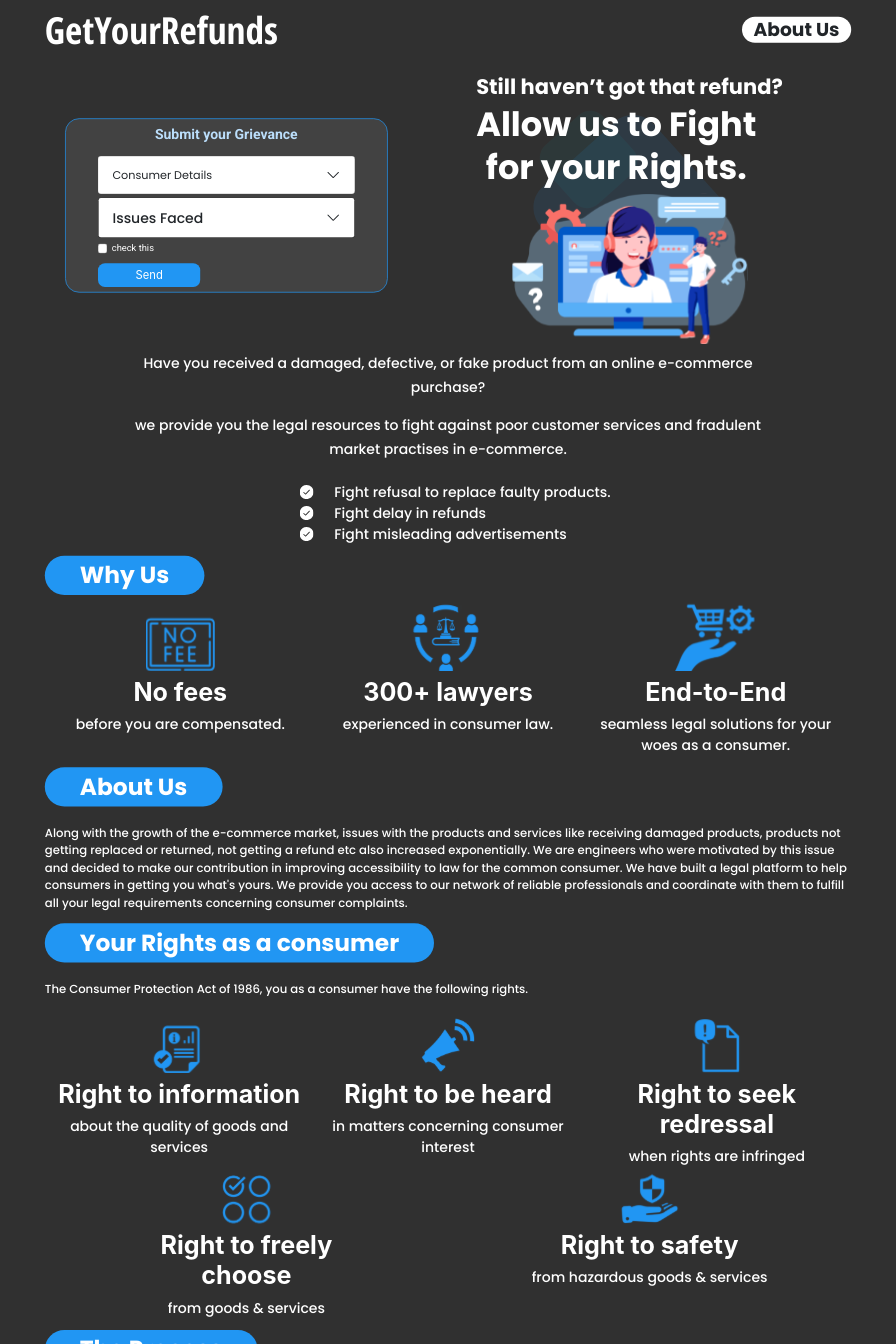
Repository: Eren00Yeager/initial-survey
Page: /consumer-complaints
The author's editor kept a copy of each file at every save. The page is drawn from the files as they stood at one save, then again after the next save.
The browser window is 1280 px wide. The pictures show the part of the page from y = 0 to 1920 px (the page is 2604 px tall), at 70% of full size.
Some web fonts or font styles are not loaded; a fallback is used. The project was rebuilt for these pictures with package versions that can differ from the ones it lists, and the page was loaded fresh each time. The framework's server and built-in components were replaced by stand-ins that run in the browser. Also part of the build but not shown: next.config.js.

Above is the page before, as saved 2022-07-14 15:04:15.

### pages/consumer-complaints.jsx
import Head from "next/head";
import Image from "next/image";
import consumerStyles from "../styles/consumer.module.css";
import svg from "../pic/mark.svg";
import im from "../pic/i2.svg";
import i1 from "../pic/nofee.svg";
import i2 from "../pic/law.svg";
import i3 from "../pic/end2.svg";
import j1 from "../pic/info.svg";
import j2 from "../pic/heard.svg";
import j3 from "../pic/seek.svg";
import j4 from "../pic/free.svg";
import j5 from "../pic/safe.svg";
import a from "../pic/carrow.svg";
import f from "../pic/foot.svg";
import z1 from "../pic/in.svg";
import z2 from "../pic/tweet.svg";
import z3 from "../pic/mail.svg";
import { Col, Row, Form, Button, Accordion } from 'react-bootstrap';
import { useState, useEffect } from "react";


export default function consumer() {

    const [name, setName] = useState('');
    const [mobile, setMobile] = useState('');
    const [email, setEmail] = useState('');
    const [problem, setProblem] = useState('');
    const [error, seterror] = useState('');
    const [st, setst] = useState(false);
    const emailValidation = () => {
        const regex = /^(([^<>()[\]\.,;:\s@\"]+(\.[^<>()[\]\.,;:\s@\"]+)*)|(\".+\"))@(([^<>()[\]\.,;:\s@\"]+\.)+[^<>()[\]\.,;:\s@\"]{2,})$/i;
        if (!email || regex.test(email) === false) {

            seterror("Email is not valid");

            return false;
        }
        return true;
    }
    const submitHandler = async (e) => {
        e.preventDefault();

        console.log([name, mobile, email, problem])
        if (emailValidation()) {
            try {
                const response = await fetch("/api/consumersheet", {
                    method: "POST",
                    body: JSON.stringify({ name, mobile, email, problem }),
                    headers: {
                        'Content-Type': 'application/json',
                    },
                })
                if (await response.status == 201) {
                    setst(true)
                } else {
                    throw response.json()
                }


            } catch (e) {
                console.log(e)
                alert("There was an error in submitting\nPlease try again")
                setName('');
                setMobile('');
                setEmail('');
                setProblem('');
                setst(false);
            }
        }
    }

    const [windowSize, setWindowSize] = useState({
        width: "",
        height: "",
    });

    useEffect(() => {
        // only execute all the code below in client side
        if (typeof window !== 'undefined') {
            // Handler to call on window resize
            function handleResize() {
                // Set window width/height to state
                setWindowSize({
                    width: window.innerWidth,
                    height: window.innerHeight,
                });
            }

            // Add event listener
            window.addEventListener("resize", handleResize);

            // Call handler right away so state gets updated with initial window size
            handleResize();

            // Remove event listener on cleanup
            return () => window.removeEventListener("resize", handleResize);
        }
    }, []); // Empty array ensures that effect is only run on mount
    function handleScroll() {
        window.scroll({
            top: document.body.offsetHeight,
            left: 0,
            behavior: 'smooth',
        });
    }

    const thnk = (
        <div className={consumerStyles.tnk}>
            <div className={consumerStyles.thank}>Thank you for
                signing up with us.
                We will soon
                reach out to you.</div>
        </div>
    )
    const frm = (
        <Form className={consumerStyles.frm} onSubmit={submitHandler}>
            <div className={consumerStyles.grev}>
                Submit your Grievance
            </div>
            <div className={consumerStyles.details}>
                <Accordion>
                    <Accordion.Item eventKey="0" >
                        <Accordion.Header className={consumerStyles.id}>Consumer Details</Accordion.Header>
                        <Accordion.Body className={consumerStyles.cbd}>
                            <Form.Group className={consumerStyles.det}>
                                {/* <Form.Label className={consumerStyles.nam}>Name</Form.Label> */}
                                <Form.Control className={consumerStyles.plc} type="text" placeholder="Name of consumer" />
                            </Form.Group>

                            <Form.Group className={consumerStyles.det} >
                                {/* <Form.Label className={consumerStyles.nam}>Mobile No.</Form.Label> */}
                                <Form.Control className={consumerStyles.plc} type="Mobile No." pattern="[0-9]{10}" placeholder="Mobile No." onChange={(e) => setMobile(e.target.value)} />
                            </Form.Group>

                            <Form.Group className={consumerStyles.det} >
                                {/* <Form.Label className={consumerStyles.nam}>Email Id.</Form.Label> */}
                                <Form.Control className={consumerStyles.plc} type="text" placeholder="Email Id." onChange={(e) => setMobile(e.target.value)} />
                            </Form.Group>

                            <Form.Group className={consumerStyles.det}>
                                {/* <Form.Label className={consumerStyles.nam}>Address of Consumer</Form.Label> */}
                                <Form.Control className={consumerStyles.plc} placeholder="Address of Consumer" />
                            </Form.Group>
                        </Accordion.Body>
                    </Accordion.Item>
                </Accordion>
                <Accordion >
                    <Accordion.Item eventKey="0" style={{background:"#424242"}}>
                        <Accordion.Header><div className={consumerStyles.id}>Issues Faced</div></Accordion.Header>
                        <Accordion.Body className={consumerStyles.cbd}>
                        <Form.Group className={consumerStyles.det}>
                    <Form.Label className={consumerStyles.nam}>Problem Faced</Form.Label>
                    <Form.Select className={consumerStyles.pot}>
                        <option >Received defective product</option>
                        <option >Received an empty box</option>
                        <option >Late delivery</option>
                        <option >Not satisfied with the service</option>
                    </Form.Select>
                </Form.Group>
                <Form.Group className={consumerStyles.det}>
                    <Form.Label className={consumerStyles.nam}>Demand from the company</Form.Label>
                    <Form.Select className={consumerStyles.pot} >
                        <option>Refund of my money</option>
                        <option>Replacement of the product</option>

                    </Form.Select>
                </Form.Group>
                        </Accordion.Body>
                    </Accordion.Item>
                </Accordion>


                <Form.Group className={consumerStyles.terms} >
                    <Form.Check type="checkbox" label="check this" />

                </Form.Group>
                <Button variant="primary" className={consumerStyles.sub} >
                 Send
                </Button>
            </div>

        </Form>
    )
    return (
        <div className={consumerStyles.s}>
            <Head>
                <title>Consumer Complaints</title>
                <meta name="description" content="" />
                <link rel="icon" href="/favicon.ico" />
                <link href='https://fonts.googleapis.com/css?family=Open Sans Condensed:700' rel='stylesheet'></link>
            </Head>

            <div className={consumerStyles.container}>

                <div className={consumerStyles.head}>
                    <div className={consumerStyles.hd}>
                        GetYourRefunds
                    </div>

                    <div>
                        <a href="#about-us" className={consumerStyles.btn} onClick={handleScroll}>About Us</a>
                    </div>
                </div>
                <div className={consumerStyles.main}>

                    {st ? thnk : frm}
                    <div className={consumerStyles.tct}>
                        <div className={consumerStyles.py} style={windowSize.width > 900 ? { position: "relative", width: "32.552vw" } : { position: "relative", width: "250px" }} >
                            <Image src={im} layout="responsive" />
                        </div>
                        <div className={consumerStyles.t1}>
                            <div className={consumerStyles.title}>
                                <div className={consumerStyles.title2}>
                                    Still haven’t got that refund?
                                </div>

                                <div className={consumerStyles.title1}>
                                    Allow us to Fight <br></br>for your Rights.
                                </div>
                            </div>
                        </div>

                    </div>

                </div>

                <div className={consumerStyles.fo}>

                    <div className={consumerStyles.mid}>
                        Have you received a damaged, defective, or fake product from an online e-commerce purchase?
                    </div>
                    <div className={consumerStyles.mid}>
                        we provide you the legal resources to fight against
                        poor customer services and fradulent market practises in
                        e-commerce.
                    </div>
                    <div className={consumerStyles.points}>
                        <div>
                            <div className={consumerStyles.p}>
                                <div className={consumerStyles.i}>
                                    <Image src={svg} />
                                </div>
                                <div className={consumerStyles.t}>
                                    Fight refusal to replace faulty products.
                                </div>
                            </div>
                            <div className={consumerStyles.p}>
                                <div className={consumerStyles.i}>
                                    <Image src={svg} />
                                </div>
                                <div className={consumerStyles.t}><div>Fight delay in refunds</div></div>
                            </div>
                            <div className={consumerStyles.p}>
                                <div className={consumerStyles.i}>
                                    <Image src={svg} />
                                </div>
                                <div className={consumerStyles.t}>
                                    Fight misleading advertisements
                                </div>
                            </div>
                        </div>
                    </div>

                </div>
                <div className={consumerStyles.sect}>
                    <div className={consumerStyles.sech}>Why Us</div>
                    <div className={consumerStyles.fwrap}>
                        <div className={consumerStyles.box}>
                            <div className={consumerStyles.bsvg} ><div style={windowSize.width > 900 ? { width: "7.747vw", position: "relative" } : { width: "30vw", position: "relative" }}><Image src={i1} layout="responsive"></Image></div></div>
                            <div className={consumerStyles.des}>
                                <span className={consumerStyles.des1}> No fees </span>
                                <span className={consumerStyles.des2}>before you are compensated.</span>
                            </div>
                        </div>
                        <div className={consumerStyles.box}>
                            <div className={consumerStyles.bsvg}> <div style={windowSize.width > 900 ? { width: "12.240vw", position: "relative" } : { width: "50vw", position: "relative" }}><Image src={i2} layout="responsive"></Image></div></div>
                            <div className={consumerStyles.des}>
                                <span className={consumerStyles.des1}>300+ lawyers </span>
                                <span className={consumerStyles.des2}>experienced in consumer law. </span>
                            </div>
                        </div>
                        <div className={consumerStyles.box}>
                            <div className={consumerStyles.bsvg}><div style={windowSize.width > 900 ? { width: "13.477vw", position: "relative" } : { width: "50vw", position: "relative" }}><Image src={i3} layout="responsive"></Image></div></div>
                            <div className={consumerStyles.des}>
                                <span className={consumerStyles.des1}>End-to-End</span>
                                <span className={consumerStyles.des2}>seamless legal solutions for your woes  as a consumer.</span>
                            </div>
                        </div>
                    </div>
                </div>
                <div className={consumerStyles.sect} id="about-us">
                    <div className={consumerStyles.sech}>About Us</div>
                    <div className={consumerStyles.abt}>Along with the growth of the e-commerce market, issues with the products and services like receiving damaged products, products not getting replaced or returned, not getting a refund etc also increased exponentially.  We are engineers who were motivated by this issue and decided to make our contribution in improving accessibility to law for the common consumer. We have built a legal platform to help consumers in getting you what's yours. We provide you access to our network of reliable professionals and coordinate with them to fulfill all your legal requirements concerning consumer complaints.   </div>
                </div>
                <div className={consumerStyles.sect}>
                    <div className={consumerStyles.sech}>Your Rights as a consumer</div>
                    <div className={consumerStyles.abt}>The Consumer Protection Act of  1986, you as a consumer have the following rights.</div>
                    <div className={consumerStyles.fwrap}>
                        <div className={consumerStyles.box}>
                            <div className={consumerStyles.bsvg} ><div style={windowSize.width > 900 ? { width: "6.120vw", position: "relative" } : { width: "30vw", position: "relative" }}><Image src={j1} layout="responsive"></Image></div></div>
                            <div className={consumerStyles.des}>
                                <span className={consumerStyles.des1}> Right to information </span>
                                <span className={consumerStyles.des2}>about the quality of goods and services</span>
                            </div>
                        </div>
                        <div className={consumerStyles.box}>
                            <div className={consumerStyles.bsvg} ><div style={windowSize.width > 900 ? { width: "9.440vw", position: "relative" } : { width: "50vw", position: "relative" }}><Image src={j2} layout="responsive"></Image></div></div>
                            <div className={consumerStyles.des}>
                                <span className={consumerStyles.des1}>Right to be heard </span>
                                <span className={consumerStyles.des2}>in matters concerning consumer interest </span>
                            </div>
                        </div>
                        <div className={consumerStyles.box}>
                            <div className={consumerStyles.bsvg} ><div style={windowSize.width > 900 ? { width: "12.891vw", position: "relative" } : { width: "70vw", position: "relative" }}><Image src={j3} layout="responsive"></Image></div></div>
                            <div className={consumerStyles.des}>
                                <span className={consumerStyles.des1}>Right to seek redressal</span>
                                <span className={consumerStyles.des2}> when rights are infringed</span>
                            </div>
                        </div>
                        <div className={consumerStyles.box}>
                            <div className={consumerStyles.bsvg} ><div style={windowSize.width > 900 ? { width: "7.161vw", position: "relative" } : { width: "30vw", position: "relative" }}><Image src={j4} layout="responsive"></Image></div></div>
                            <div className={consumerStyles.des}>
                                <span className={consumerStyles.des1}>Right to freely choose</span>
                                <span className={consumerStyles.des2}> from goods & services </span>
                            </div>
                        </div>
                        <div className={consumerStyles.box}>
                            <div className={consumerStyles.bsvg} ><div style={windowSize.width > 900 ? { width: "8.594vw", position: "relative" } : { width: "40vw", position: "relative" }}><Image src={j5} layout="responsive"></Image></div></div>
                            <div className={consumerStyles.des}>
                                <span className={consumerStyles.des1}>Right to safety</span>
                                <span className={consumerStyles.des2}> from hazardous goods & services</span>
                            </div>
                        </div>
                    </div>
                </div>
                <div className={consumerStyles.sect}>
                    <div className={consumerStyles.sech}>The Process</div>
                    <div className={consumerStyles.proc}>
                        <div className={consumerStyles.pr}>
                            <div className={consumerStyles.pu}>1) Inform us about your problem</div>
                            <div className={consumerStyles.pd}>Our legal advisory team will get in touch with you and collect the details regarding your issue.</div>
                        </div>
                        {windowSize.width > 900 ? <div style={{ width: "3.971vw", position: "relative" }}><Image src={a} layout="responsive"></Image></div> : ""}
                        <div className={consumerStyles.pr}>
                            <div className={consumerStyles.pu}>2) Filing a legal notice</div>
                            <div className={consumerStyles.pd}>Our legal team will then file a legal notice against the seller involved in the issue.</div>
                        </div>
                        {windowSize.width > 900 ? <div style={{ width: "3.971vw", position: "relative" }}><Image src={a} layout="responsive"></Image></div> : ""}
                        <div className={consumerStyles.pr}>
                            <div className={consumerStyles.pu}>3) Consumer Court</div>
                            <div className={consumerStyles.pd}>In case the company does not respond, our trusted network of lawyers will fight the case in consumer court and resolve the case.</div>
                        </div>

                    </div>
                </div>
                <div className={consumerStyles.sect}>
                    <div className={consumerStyles.sech}>FAQs</div>
                    <div className={consumerStyles.qa}>
                        <div className={consumerStyles.ques}>Q. What is the amount I have to pay to get my issue resolved?</div>
                        <div className={consumerStyles.ans}>A: You do not have to pay any fees upfront. A commission of 10% will be charged if we are successful in getting your issue resolved. This legal fees would also be compensated by the vendor against whom you are raising a complaint.</div>
                    </div>
                    <div className={consumerStyles.qa}>
                        <div className={consumerStyles.ques}>Q. How long does it take to resolve a consumer complaint ?</div>
                        <div className={consumerStyles.ans}>A: In some cases the company resolves the complaint within 15 days after they recieve the legal notice . If the company does not resolve the complaint, it may take on average 8-18 months to resolve the issue through consumer courts.</div>
                    </div>
                </div>
                <div className={consumerStyles.foot} >
                    <div className={consumerStyles.ab1}>
                        <div className={consumerStyles.ftxt}>GetYourRefunds</div>
                        <div className={consumerStyles.cprt}>© Copyright 2022</div>
                    </div>
                    <div className={consumerStyles.ab2}>
                        <a href="https://www.linkedin.com/company/getyourrefund/" style={windowSize.width > 900 ? { width: '3.255vw', position: 'relative' } : { width: '20vw', position: 'relative' }}><Image src={z1} layout='responsive'></Image></a>
                        <a href="https://twitter.com/getyourrefunds" style={windowSize.width > 900 ? { width: '3.255vw', position: 'relative' } : { width: '20vw', position: 'relative' }}><Image src={z2} layout='responsive'></Image></a>
                        <a href="mailto:getyourrefunds@gmail.com" style={windowSize.width > 900 ? { width: '3.255vw', position: 'relative' } : { width: '20vw', position: 'relative' }}><Image src={z3} layout='responsive'></Image></a>

                    </div>
                    {windowSize.width > 900 ? <div style={{ width: '100%', position: 'relative' }}>
                        <Image src={f} layout='responsive'></Image>
                    </div> : ""}

                </div>
            </div>
        </div>

    );
}

### styles/globals.scss
@import "~bootstrap/scss/bootstrap";
html,
body {
  padding: 0;
  margin: 0;
  font-family: -apple-system, BlinkMacSystemFont, Segoe UI, Roboto, Oxygen,
    Ubuntu, Cantarell, Fira Sans, Droid Sans, Helvetica Neue, sans-serif;
}

a {
  color: inherit;
  text-decoration: none;
}

* {
  box-sizing: border-box;
}

Loaded but not shown: pages/_app.js (common file); styles/consumer.module.css (987 lines, source omitted)

After the next save:
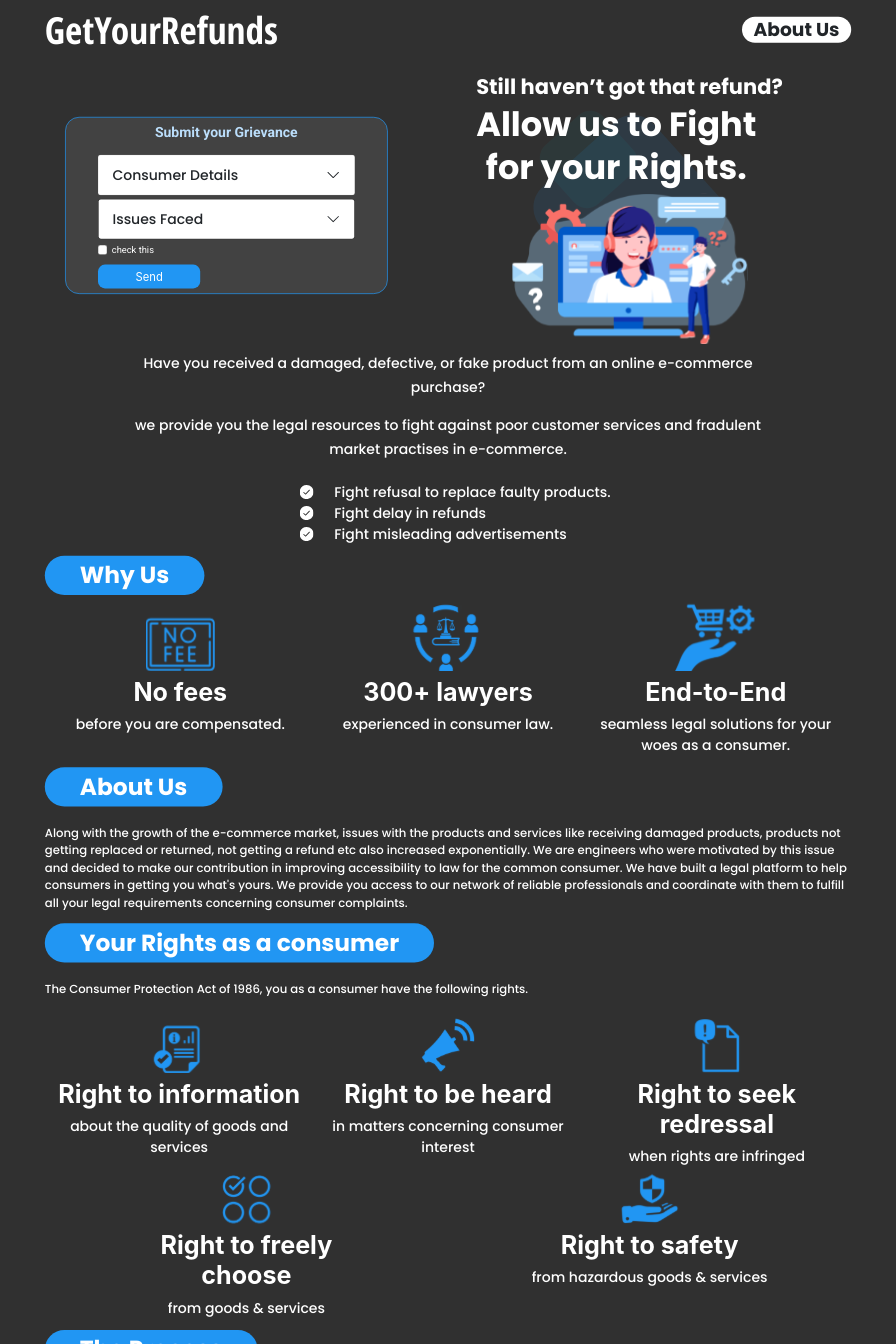
Saved 42 s later.
--- a/pages/consumer-complaints.jsx
+++ b/pages/consumer-complaints.jsx
@@ -121,7 +121,7 @@
             <div className={consumerStyles.details}>
                 <Accordion>
                     <Accordion.Item eventKey="0" >
-                        <Accordion.Header className={consumerStyles.id}>Consumer Details</Accordion.Header>
+                        <Accordion.Header><div className={consumerStyles.id}>Consumer Details</div></Accordion.Header>
                         <Accordion.Body className={consumerStyles.cbd}>
                             <Form.Group className={consumerStyles.det}>
                                 {/* <Form.Label className={consumerStyles.nam}>Name</Form.Label> */}
